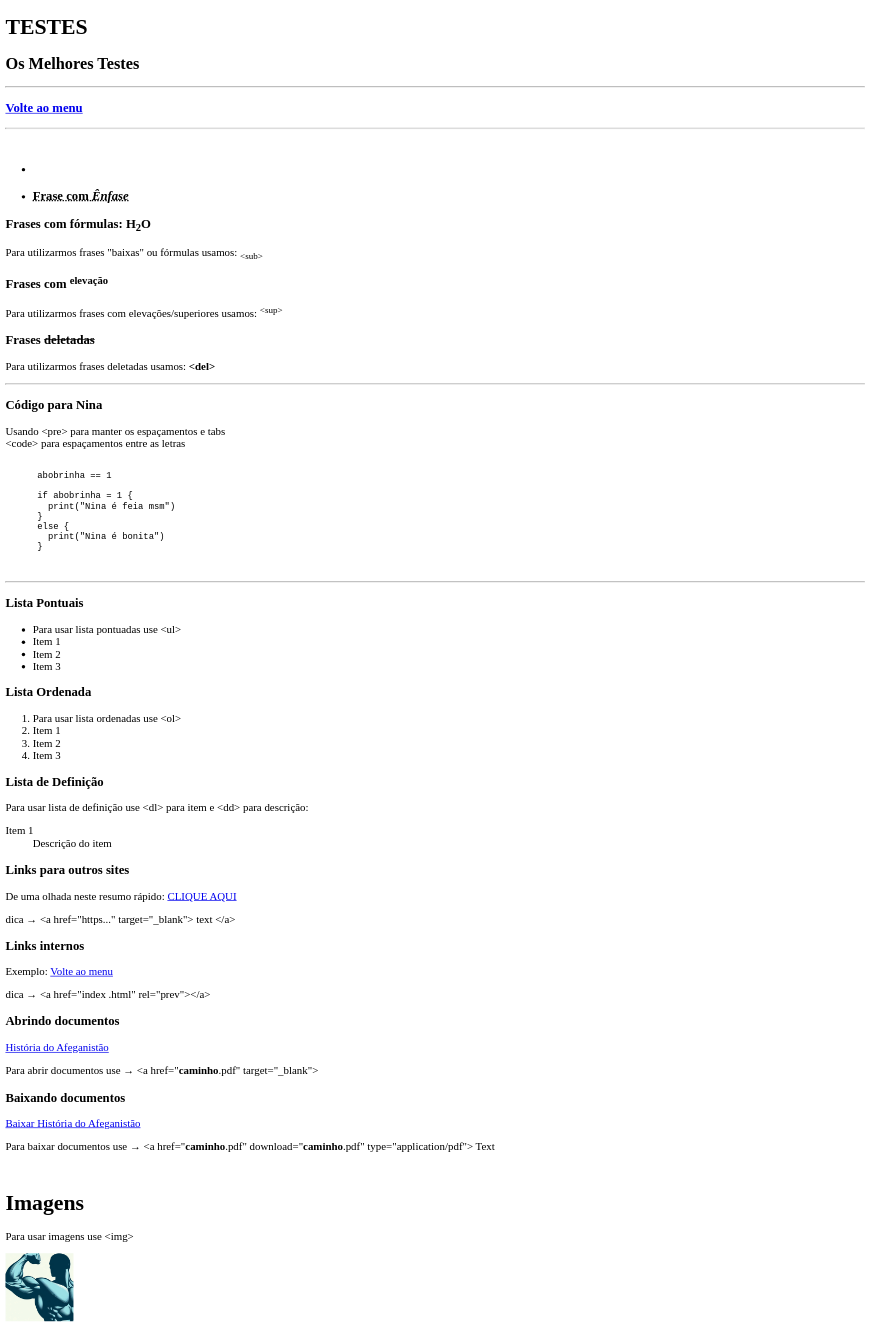
Repository: LuidyOn/Site_Forca_Total
Page: ForçaTotal/teste.html
These files come from the project's save history. The page is drawn as it stood at one moment and after the next save; the edit follows.
The browser window is 1280 px wide. The pictures show the whole page, at 68% of full size.

Above is the page before, as saved 2025-05-15 20:04:40.

### ForçaTotal/teste.html
<!DOCTYPE html>
<html lang="pt-br">
<head>
  <meta charset="UTF-8">
  <meta name="viewport" content="width=device-width, initial-scale=1.0">
  <link rel="shortcut icon" href="img/icons/logo.ico" type="image/x-icon">
  <title>Testes Força total</title>
</head>
<body>
  <h1>TESTES</h1>
  <h2>Os Melhores Testes</h2>

  <hr>
  <h3><a href="index.html" rel="prev"> Volte ao menu</a></h3>
  <hr>

  <p><br></p>

  <ul><li></li></ul>

  <ul><li><h3> <abbr title="Para deixar uma frase com ênfase, usamos: <em> ">Frase com <em>Ênfase</em></h3> </abbr>
  </li></ul>

  <h3>Frases com fórmulas: H<sub>2</sub>O</h3>
  <p>Para utilizarmos frases "baixas" ou fórmulas usamos: <sub>&lt;sub&gt;</sub></p>

  <h3>Frases com <sup>elevação</sup></h3>
  <p>Para utilizarmos frases com elevações/superiores usamos: <sup>&lt;sup&gt;</sup></p>

  <h3>Frases <del>deletadas</del></h3>
  <p>Para utilizarmos frases deletadas usamos: <strong>&lt;del&gt;</strong></p>

  <hr>

  <h3>Código para Nina</h3>
  <p>Usando &lt;pre&gt; para manter os espaçamentos e tabs <br> &lt;code&gt; para espaçamentos entre as letras</p>

  <p></p>

  <pre>
    <code>
      abobrinha == 1

      if abobrinha = 1 {
        print("Nina é feia msm")
      }
      else {
        print("Nina é bonita")
      }
    </code>
  </pre>

  <hr>

  <h3>Lista Pontuais</h3>
  <ul>
    <li>Para usar lista pontuadas use &lt;ul&gt;</li>
    <li>Item 1</li>
    <li>Item 2</li>
    <li>Item 3</li>
  </ul>

  <h3>Lista Ordenada</h3>
  <ol>
    <li>Para usar lista ordenadas use &lt;ol&gt;</li>
    <li>Item 1</li>
    <li>Item 2</li>
    <li>Item 3</li>
  </ol>

  <h3>Lista de Definição</h3>
  <dl>
    <dt>Para usar lista de definição use &lt;dl&gt; para item e &lt;dd&gt para descrição:</dt>

    <p></p>
    <dt>
      Item 1
      <dd>Descrição do item</dd>
    </dl>

    <h3>Links para outros sites</h3>
    <p>De uma olhada neste resumo rápido: <a href="https://www.youtube.com/watch?v=dQw4w9WgXcQ" target="_blank" rel="External"> CLIQUE AQUI </a></p>
    <p>dica &rarr; &lt;a href="https..." target="_blank"&gt; text &lt;/a&gt;</p>

    <h3>Links internos</h3>

    <p>Exemplo: <a href="index.html" rel="prev"> Volte ao menu</a></p>
    <p>dica &rarr; &lt;a href="index .html" rel="prev"&gt;&lt;/a&gt;</p>

    <h3>Abrindo documentos</h3>
    <p><a href="Documentos/PDFs/GUERRA DO AFEGANISTÃO.pdf" target="_blank"> História do Afeganistão</a></p>

    <p>Para abrir documentos use &rarr; &lt;a href="<strong>caminho</strong>.pdf" target="_blank"&gt;</p>

    <h3>Baixando documentos</h3>
    <p><a href="Documentos/PDFs/GUERRA DO AFEGANISTÃO.pdf" target="_blank" download="Documentos/PDFs/GUERRA DO AFEGANISTÃO.pdf" type="application/pdf"> Baixar História do Afeganistão</a></p>

    <p>Para baixar documentos use &rarr; &lt;a href="<strong>caminho</strong>.pdf" download="<strong>caminho</strong>.pdf" type="application/pdf"&gt; Text</p>

  <p><br></p>

  <h1>Imagens</h1>
  <p>Para usar imagens use &lt;img&gt;</p>
  <img src="img/parteSerior.png" alt="parte superior" style="width: 100px; height: 100px;">
</body>
</html>

After the next save:
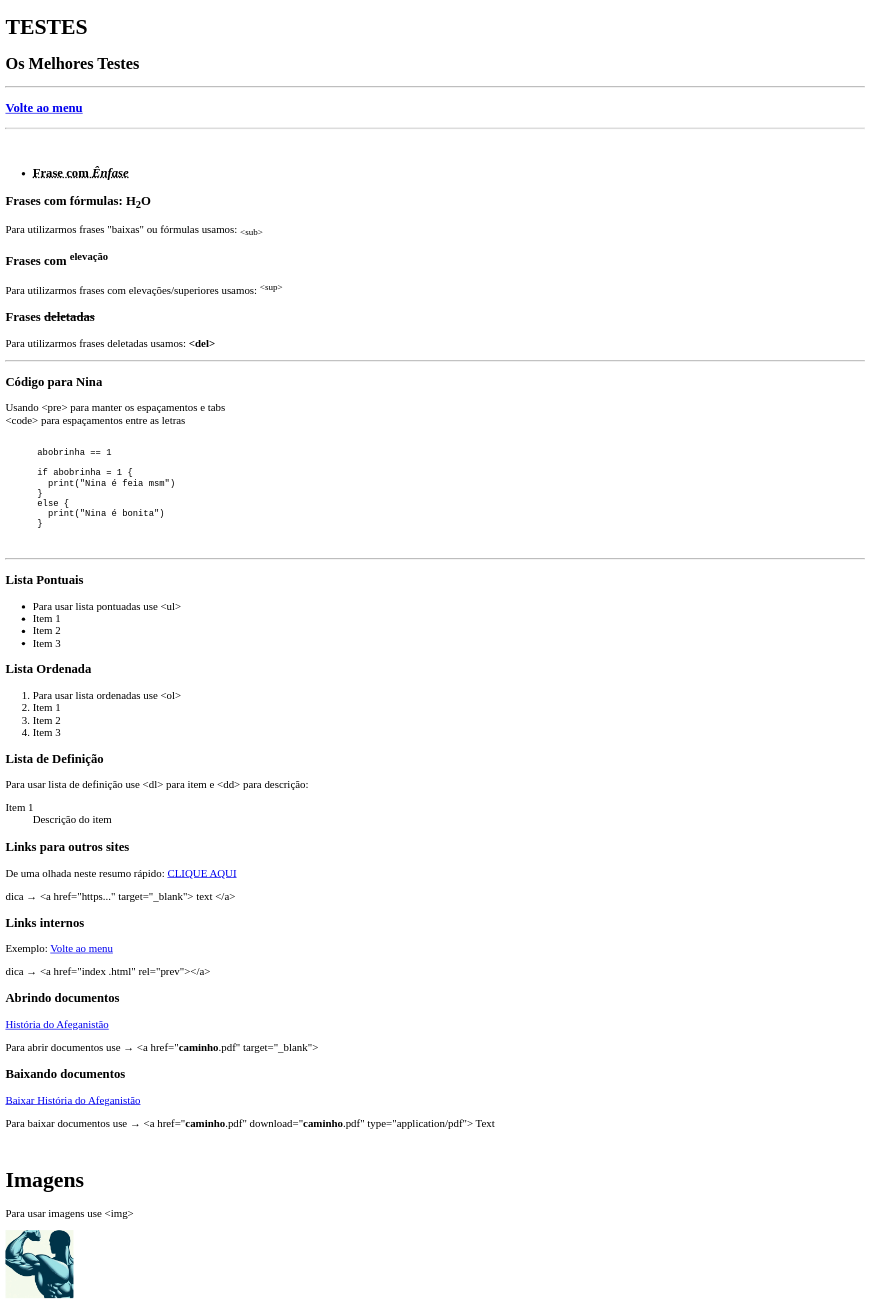
Saved 22 s later.
--- a/ForçaTotal/teste.html
+++ b/ForçaTotal/teste.html
@@ -16,7 +16,6 @@
 
   <p><br></p>
 
-  <ul><li></li></ul>
 
   <ul><li><h3> <abbr title="Para deixar uma frase com ênfase, usamos: <em> ">Frase com <em>Ênfase</em></h3> </abbr>
   </li></ul>

After the save that followed:
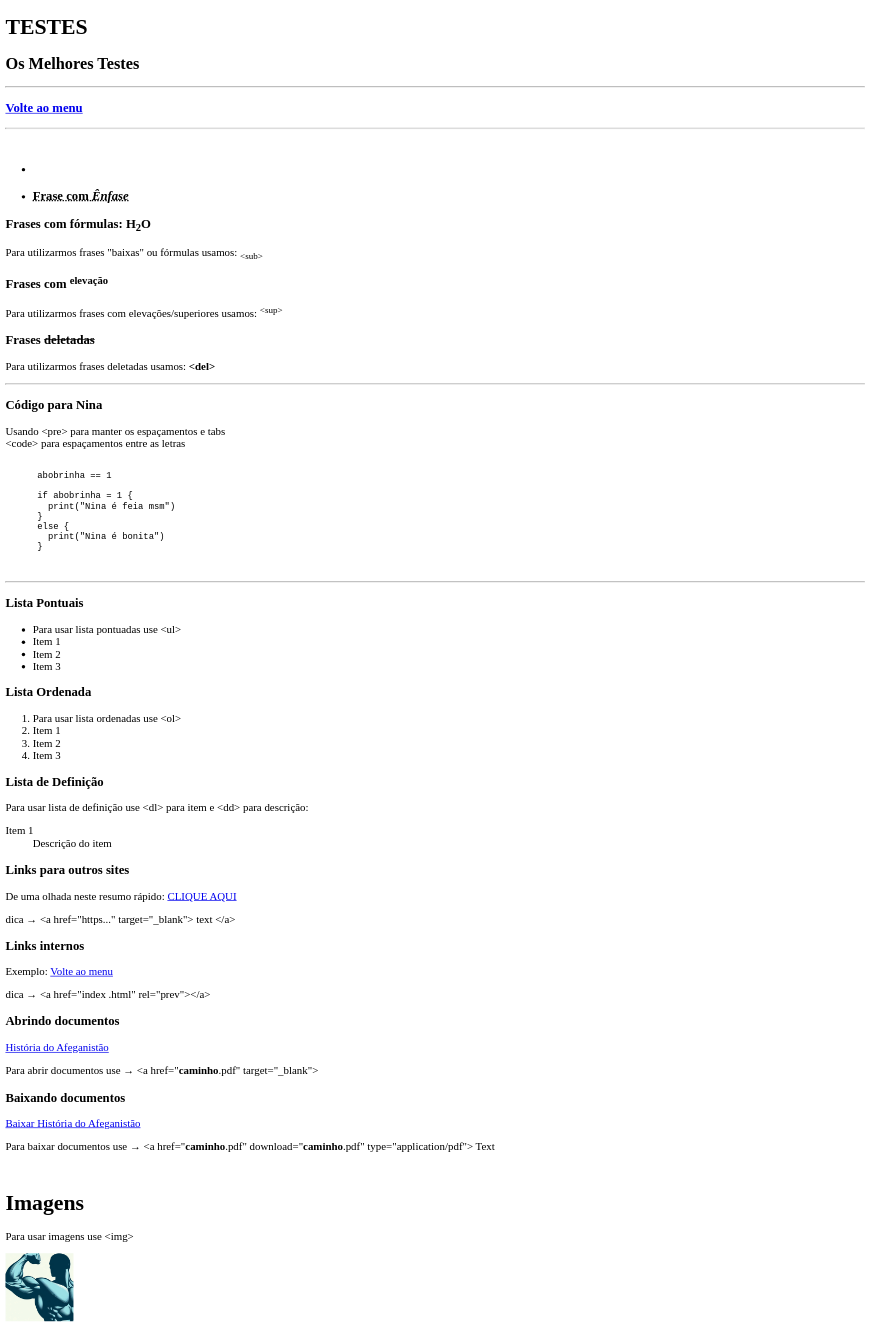
Saved 2 s later.
--- a/ForçaTotal/teste.html
+++ b/ForçaTotal/teste.html
@@ -16,6 +16,7 @@
 
   <p><br></p>
 
+  <ul><li></li></ul>
 
   <ul><li><h3> <abbr title="Para deixar uma frase com ênfase, usamos: <em> ">Frase com <em>Ênfase</em></h3> </abbr>
   </li></ul>
